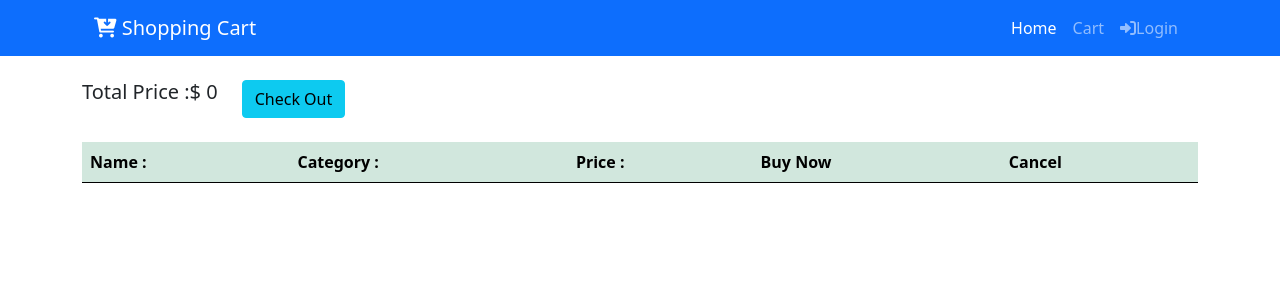
Repository: Min-MinPhyo/java-servlet-ecommerce-project
Page: http://localhost/E-Commerence/cart.jsp
These files come from the project's save history. The page is drawn as it stood at one moment and after the next save; the edit follows.
The browser window is 1280 px wide. The pictures show the whole page.
Some web libraries are served in a nearby version. The page is served by Tomcat 9.

Above is the page before, as saved 2022-10-05 11:26:00.

After the next save:
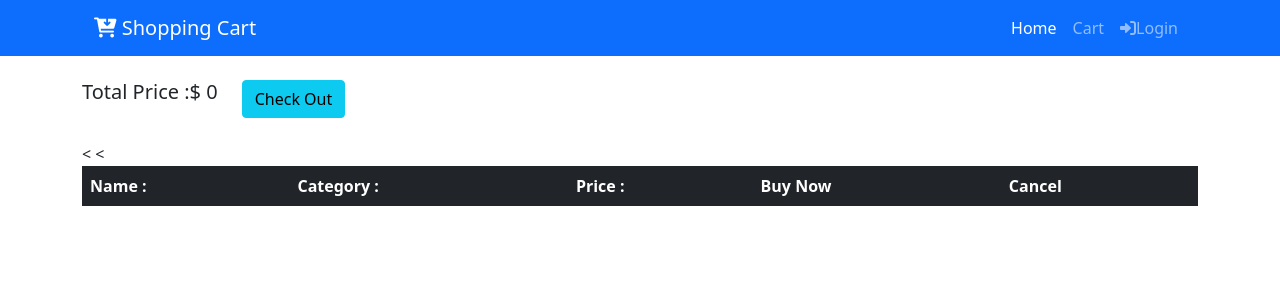
Saved 40 s later.
--- a/E-Commerence/src/main/webapp/cart.jsp
+++ b/E-Commerence/src/main/webapp/cart.jsp
@@ -58,8 +58,8 @@
 			<a href="checkOut" class="mx-4 btn btn-info">Check Out</a>
 		</div>
 
-		<!-- <table class="table table-dark table-striped"> -->
-		<table class="table table-success table-striped">
+		<<table class="table table-dark table-striped">
+	<<!-- table class="table table-success table-striped"> -->
 			<thead class="thead-dark">
 
 				<tr>
